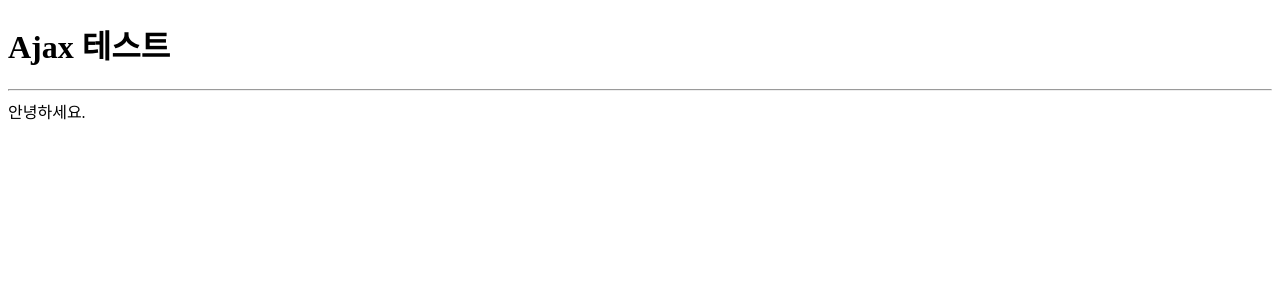
Repository: DAVISPARK/park
Page: http://localhost/blog/test/ajaxtest.jsp
An editor plug-in stored every save of this project. The page is shown before and after the next save, followed by the edit.
The browser window is 1280 px wide. The pictures show the whole page.
The page is served by Tomcat 9. Other server files are loaded and not shown.

Above is the page before, as saved 2019-11-01 02:46:53.

### blog/WebContent/test/ajaxtest.jsp
<%@ page language="java" contentType="text/html; charset=UTF-8"
    pageEncoding="UTF-8"%>
<!DOCTYPE html>
<html>
<head>
<meta charset="UTF-8">
<title>Insert title here</title>
</head>
<body>

<h1>Ajax 테스트</h1>
<hr/>
<div id = "content">
안녕하세요. <!-- 부분적 리로딩 (ex.아이디 중복확인)-->
</div>
</body>
</html>

After the next save:
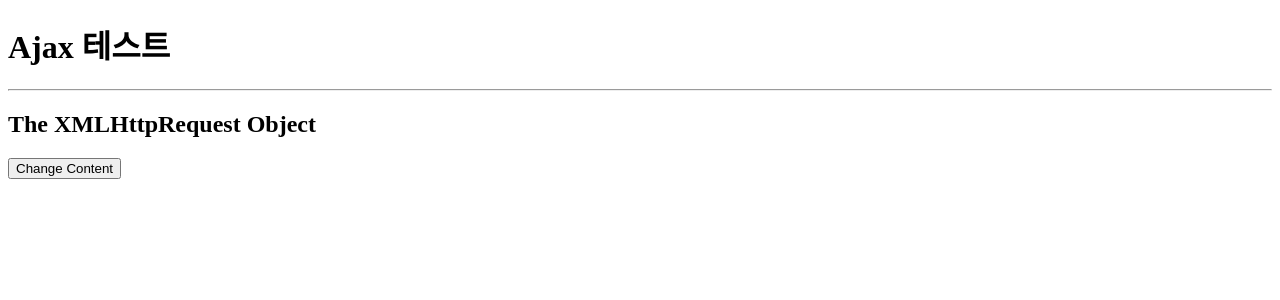
Saved 6 min 43 s later.
--- a/blog/WebContent/test/ajaxtest.jsp
+++ b/blog/WebContent/test/ajaxtest.jsp
@@ -11,7 +11,27 @@
 <h1>Ajax 테스트</h1>
 <hr/>
 <div id = "content">
-안녕하세요. <!-- 부분적 리로딩 (ex.아이디 중복확인)-->
+<!-- 부분적 리로딩 (ex.아이디 중복확인)-->
+
+<div id="demo">
+<h2>The XMLHttpRequest Object</h2>
+<button type="button" onclick="loadDoc()">Change Content</button>
+</div>
+
+<script>
+function loadDoc() {
+  var xhttp = new XMLHttpRequest();
+  xhttp.onreadystatechange = function() {
+    if (this.readyState == 4 && this.status == 200) {
+      document.getElementById("demo").innerHTML =
+      this.responseText;
+    }
+  };
+  xhttp.open("GET", "http://localhost:8000/blog/test", true);
+  xhttp.send();
+}
+</script>
+
 </div>
 </body>
 </html>
